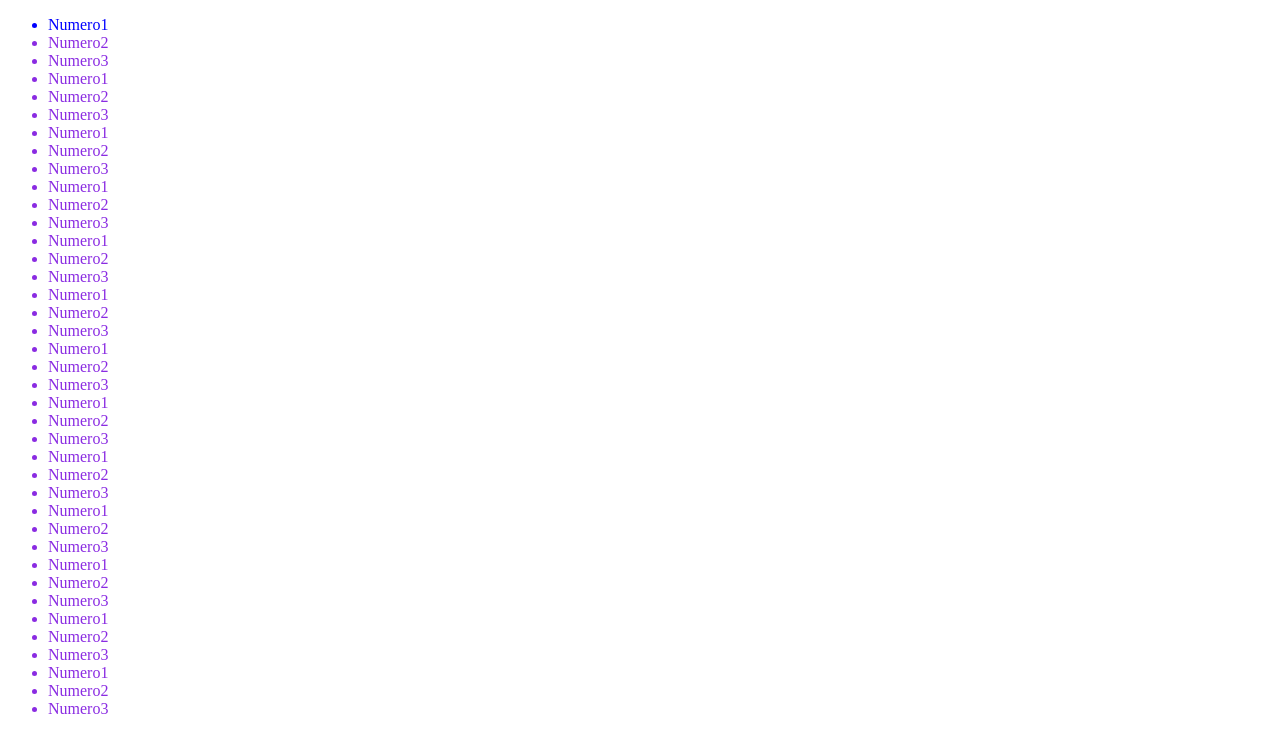
Repository: elbrodelche/ada-portfolio
Page: img/index.html
These files come from the project's save history. The page is drawn as it stood at one moment and after a run of saves; the edit follows.
The browser window is 1280 px wide. The pictures show the whole page.

Above is the page before, as saved 2021-01-23 19:03:02.

After the next 3 saves:
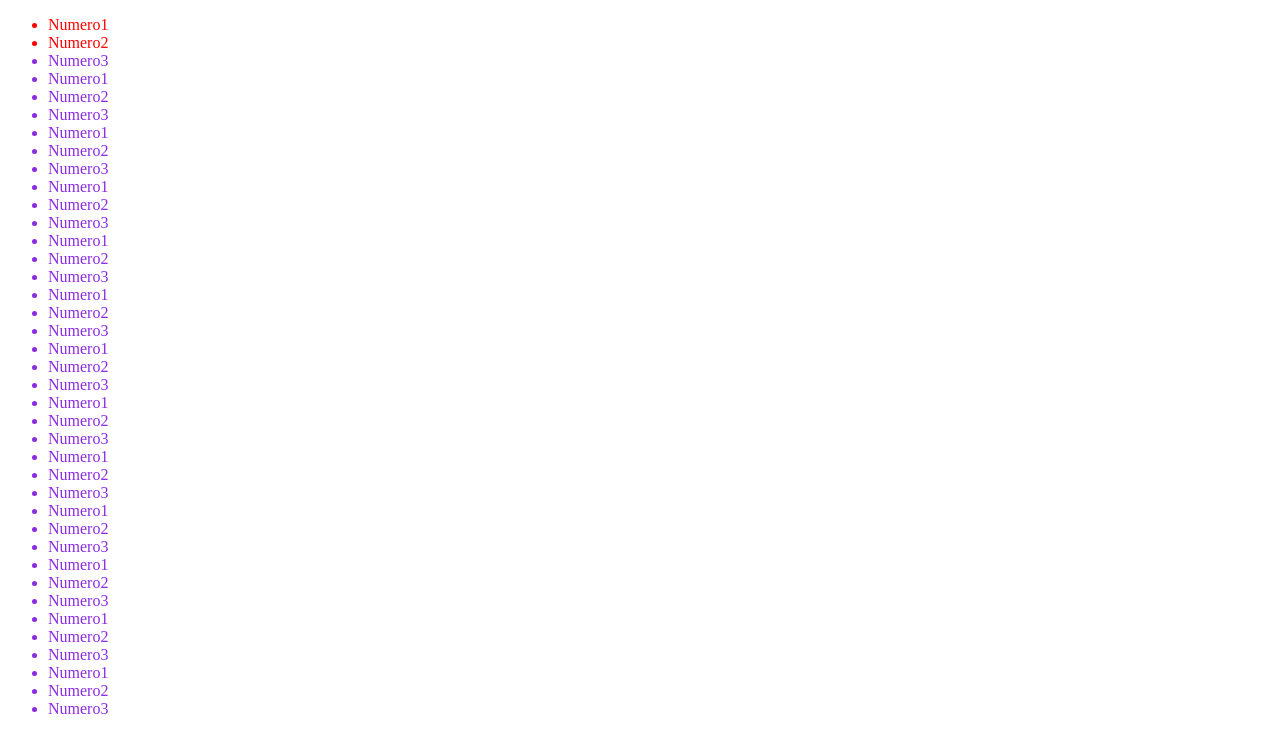
The 3 saves are shown as one change because they came seconds apart.
The last was saved 14 s later.
--- a/img/index.html
+++ b/img/index.html
@@ -8,7 +8,7 @@
         .clara{
             color: pink;
         }
-        .rojo{
+        .mari{
             color: red;
         }
 
@@ -23,8 +23,8 @@
 </head>
 <body>
     <ul>
-        <li class="azul clara">Numero1</li>
-        <li class="violeta">Numero2</li>
+        <li class="mari clara">Numero1</li>
+        <li class="mari">Numero2</li>
         <li class="violeta">Numero3</li>
         <li class="violeta">Numero1</li>
         <li class="violeta">Numero2</li>
